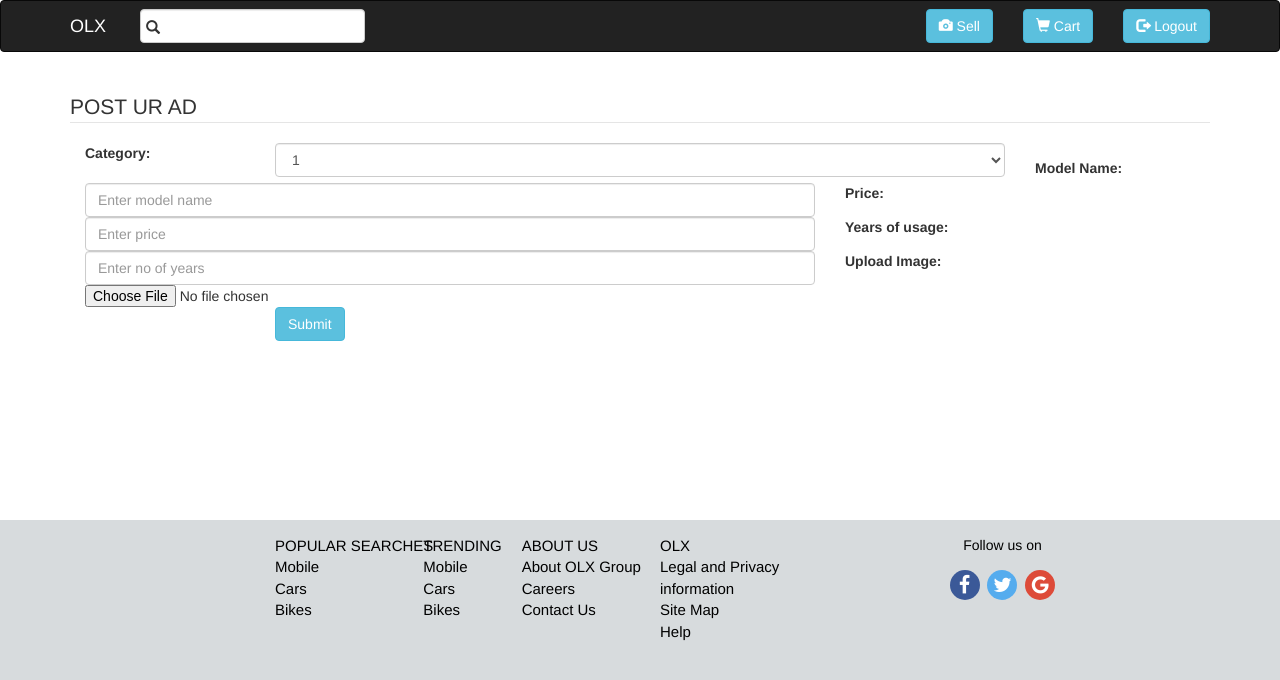
Repository: suganthisarathy/spring_hibernate
Page: http://localhost/olx_resale/WEB-INF/views/SellProduct.jsp
These files come from the project's save history. The page is drawn as it stood at one moment and after the next save; the edit follows.
The browser window is 1280 px wide. The pictures show the whole page.
The page is served by Tomcat 9. Nobody is signed in. The template is opened directly, without the code that normally fills it, so the values that code supplies are empty.

Above is the page before, as saved 2019-05-29 09:54:24.

After the next save:
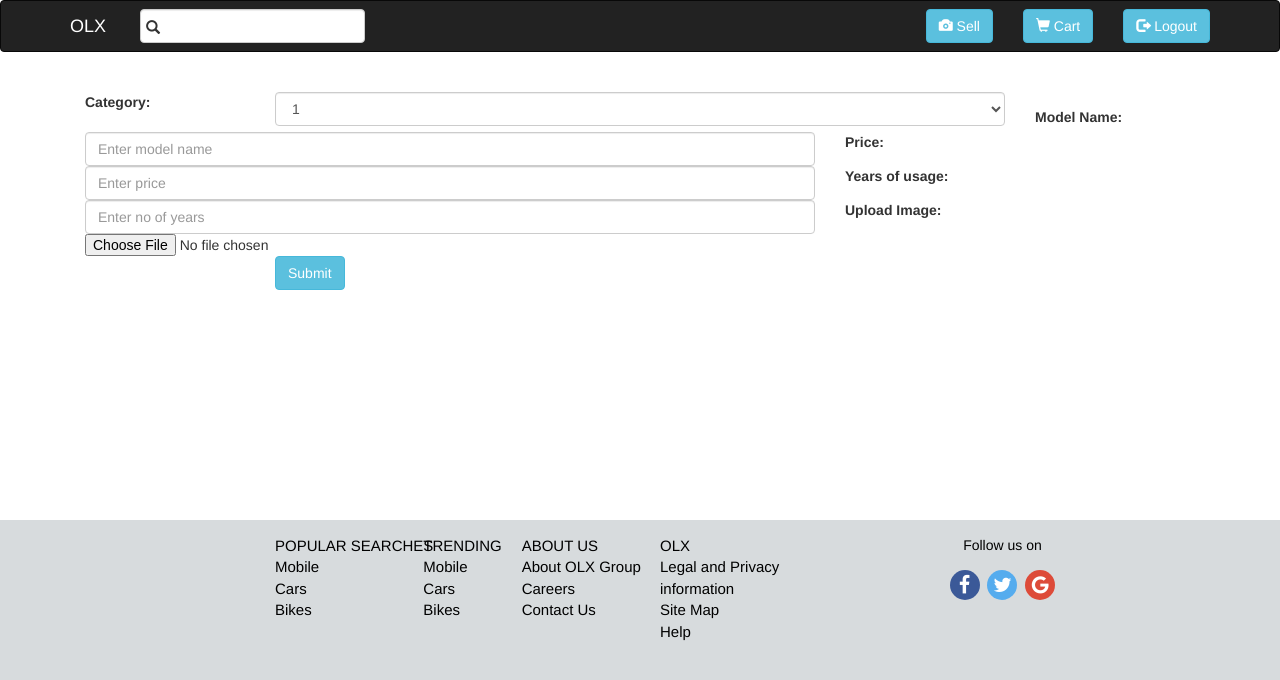
Saved 16 s later.
--- a/olx_resale/src/main/webapp/WEB-INF/views/SellProduct.jsp
+++ b/olx_resale/src/main/webapp/WEB-INF/views/SellProduct.jsp
@@ -20,7 +20,7 @@
 <div class="container">
   <form action="" method="post">
      <fieldset>
-  <legend>POST UR AD</legend>
+
 
     <div class="form-group">
       <label class="control-label col-sm-2" for="email">Category:</label>
